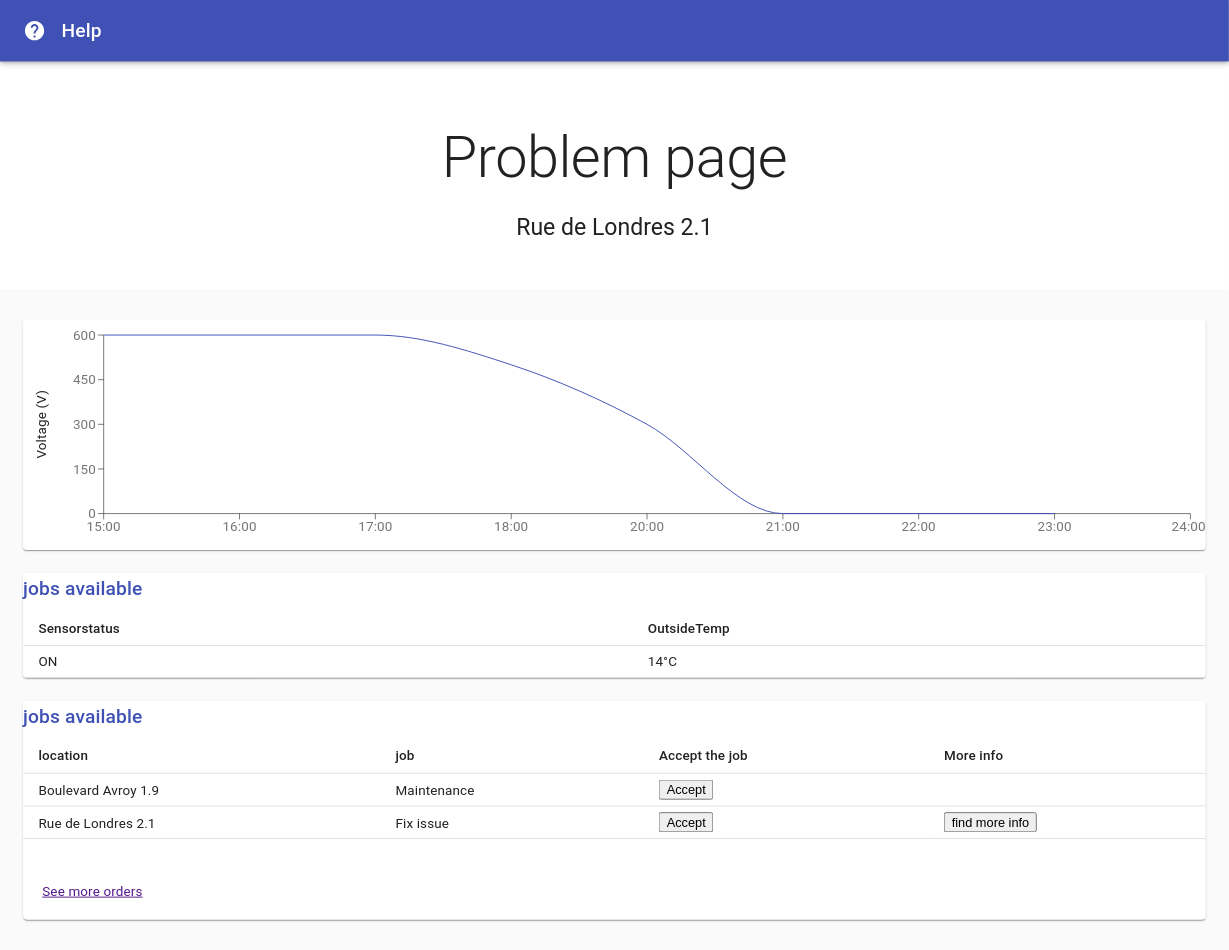
Repository: sapbrussels/intelligenthighway_webapp
Page: /Problempage (app in router/)
The author's editor kept a copy of each file at every save. The page is drawn from the files as they stood at one save, then again after the next save.
The browser window is 1280 px wide. The pictures show the whole page, at 96% of full size.
The project was rebuilt for these pictures with package versions that can differ from the ones it lists, and the page was loaded fresh each time. Also part of the build but not shown: router/src/App.css, router/src/Login.js, router/src/Maps.js, router/src/Jobspage.js, router/src/Direction.js, router/src/Maintenance.js, router/src/Help.js.

Above is the page before, as saved 2020-03-31 15:25:57.

### router/src/App.js
import React from 'react';
import {BrowserRouter, Route, Switch} from "react-router-dom";
import './App.css';
import Login from './Login';
import Jobspage from'./Jobspage';
import Maintenance from './Maintenance';
import Help from './Help';
import Problempage from './Problempage';

function App() {
  return (
    <BrowserRouter>
    <Switch>
     <Route path='/' exact component={Login}/>
     <Route path='/Jobspage' exact component={Jobspage}/>
     <Route path='/Maintenance' exact component={Maintenance}/>
     <Route path='/Help' exact component={Help}/>
     <Route path='/Problempage' exact component={Problempage}/>
     </Switch>
    </BrowserRouter>

  );
}

export default App;

### router/src/Problempage.js
import React from 'react';
import AppBar from '@material-ui/core/AppBar';
import HelpIcon from '@material-ui/icons/Help';
import Paper from '@material-ui/core/Paper';
import CssBaseline from '@material-ui/core/CssBaseline';
import Grid from '@material-ui/core/Grid';
import Toolbar from '@material-ui/core/Toolbar';
import Typography from '@material-ui/core/Typography';
import { makeStyles } from '@material-ui/core/styles';
import Container from '@material-ui/core/Container';
import SensorData from './SensorData';
import CommunityData from './CommunityData';
import Voltage from './Voltage';

const useStyles = makeStyles((theme) => ({
  icon: {
    marginRight: theme.spacing(2),
  },
  heroContent: {
    backgroundColor: theme.palette.background.paper,
    padding: theme.spacing(8, 0, 6),
  },
  heroButtons: {
    marginTop: theme.spacing(4),
  },
  cardGrid: {
    paddingTop: theme.spacing(8),
    paddingBottom: theme.spacing(8),
  },
  card: {
    height: '100%',
    display: 'flex',
    flexDirection: 'column',

  },
  cardMedia: {
    paddingTop: '100%', // 16:9
  },
  cardContent: {
    flexGrow: 1,
  },
  footer: {
    backgroundColor: theme.palette.background.paper,
    padding: theme.spacing(6),
  },
  container: {
    paddingTop: theme.spacing(4),
    paddingBottom: theme.spacing(4),
  },
  paper: {
    height: '100%',
    display: 'flex',
    flexDirection: 'column',

  },
  fixedheight:{
    height: 240,
  },
}));



export default function Album() {
  const classes = useStyles();

  return (
    <React.Fragment>
      <CssBaseline />
      <AppBar position="relative">
        <Toolbar>
          <HelpIcon className={classes.icon} />
          <Typography variant="h6" color="inherit" noWrap>
            Help
          </Typography>
        </Toolbar>
      </AppBar>
      <main>
        {/* Hero unit */}
        <div className={classes.heroContent}>
          <Container maxWidth="sm">
            <Typography component="h1" variant="h2" align="center" color="textPrimary" gutterBottom>
              Problem page
            </Typography>

              <Grid container spacing={2} justify="center">
                <Grid item>
                <Typography variant="h5">
                 Rue de Londres 2.1
                </Typography>
                </Grid>
              </Grid>

          </Container>
        </div>
        <main className={classes.content}>
        <div className={classes.appBarSpacer} />
        <Container maxWidth="lg" className={classes.container}> {/* lg */}
          <Grid container spacing={3}>
          <Grid  item xs={12} >
              <Paper className={classes.fixedheight}>
                <Voltage />
              </Paper>
            </Grid>
            <Grid  item xs={12} >
              <Paper className={classes.paper}>
                <SensorData />
              </Paper>
            </Grid>
            <Grid  item xs={12}>
              <Paper className={classes.paper}>
                <CommunityData />
              </Paper>
            </Grid>
          </Grid>
        </Container>
      </main>
    </main>
    </React.Fragment>
  );
}

### router/src/listItems.js
import React from 'react';
import ListItem from '@material-ui/core/ListItem';
import ListItemIcon from '@material-ui/core/ListItemIcon';
import ListItemText from '@material-ui/core/ListItemText';
import DashboardIcon from '@material-ui/icons/Dashboard';
import ShoppingCartIcon from '@material-ui/icons/ShoppingCart';
import PeopleIcon from '@material-ui/icons/People';
import { Link } from "react-router-dom";

export const mainListItems = (
  <div>
        <ListItem >
          <ListItemIcon>
            <DashboardIcon />
          </ListItemIcon>
          <ListItemText  primary="jobs page" />
        </ListItem>
      <Link to='/Maintenance'>
          <ListItem button>
          <ListItemIcon>
            <ShoppingCartIcon />
          </ListItemIcon>
          <ListItemText primary="History" />
        </ListItem></Link>
      <Link to='/Help'>
          <ListItem button>
          <ListItemIcon>
            <PeopleIcon />
          </ListItemIcon>
          <ListItemText primary="help" />
        </ListItem></Link>
  </div>
);

### router/src/LightStatus.js
import React from 'react';
import Link from '@material-ui/core/Link';
import { makeStyles } from '@material-ui/core/styles';
import Table from '@material-ui/core/Table';
import TableBody from '@material-ui/core/TableBody';
import TableCell from '@material-ui/core/TableCell';
import TableHead from '@material-ui/core/TableHead';
import TableRow from '@material-ui/core/TableRow';
import Rectangle from 'react-rectangle';
import Title from './Title';



// Generate Order Data
function createData(id, street_light, status,light) {
  return { street_light, status, light};
}

const rows = [
  createData(0, 'Boulevard Avroy 1.9', 'ON', <Rectangle aspectRatio={[3,3]}>
  <div style={{ background: '#008000',  width: '40%', height: '40%' }} />
</Rectangle>),
  createData(1, 'Rue de Londres 2.1', 'OFF',<Rectangle aspectRatio={[3,3]}>
  <div style={{ background: '#FFFFFF', width: '40%', height: '40%' }} />
</Rectangle>),
  createData(2, 'Rue de Londres 2.3', 'X',<Rectangle aspectRatio={[3,3]}>
  <div style={{ background: '#FF0000', width: '40%', height: '40%' }} />
</Rectangle>),
];

function preventDefault(event) {
  event.preventDefault();
}

const useStyles = makeStyles((theme) => ({
  seeMore: {
    marginTop: theme.spacing(3),
    padding: '20px',
    borderRadius:'10px',
  },
}));

export default function LightStatus() {
  const classes = useStyles();
  return (
    <React.Fragment>
      <Title>Light status</Title>
      <Table size="small">
        <TableHead>
          <TableRow>
            <TableCell>street light</TableCell>
            <TableCell>status</TableCell>
            <TableCell></TableCell>
          </TableRow>
        </TableHead>
        <TableBody>
          {rows.map((row) => (
            <TableRow key={row.id}>
              <TableCell>{row.street_light}</TableCell>
              <TableCell> {row.status}</TableCell>
              <TableCell> {row.light}</TableCell>
            </TableRow>
          ))}
        </TableBody>
      </Table>
      <div className={classes.seeMore}>
        <Link color="primary" href="#" onClick={preventDefault}>
          See more lights
        </Link>
      </div>
    </React.Fragment>
  );
}

### router/src/Jobslist.js
import React from 'react';
import {Link} from 'react-router-dom';
import { makeStyles } from '@material-ui/core/styles';
import Table from '@material-ui/core/Table';
import TableBody from '@material-ui/core/TableBody';
import TableCell from '@material-ui/core/TableCell';
import TableHead from '@material-ui/core/TableHead';
import TableRow from '@material-ui/core/TableRow';
import Title from './Title';

// Generate Order Data
function createData(id, location, job, accept, info) {
  return { id, location, job, accept, info };
}

const rows = [
    createData(0, 'Boulevard Avroy 1.9', 'Maintenance',<Link to="/Maintenance"><button>Accept</button></Link>),
    createData(1, 'Rue de Londres 2.1', 'Fix issue',<button>Accept</button>, <Link to="/Problempage"><button>find more info</button></Link>),
];

function preventDefault(event) {
  event.preventDefault();
}

const useStyles = makeStyles((theme) => ({
  seeMore: {
    marginTop: theme.spacing(3),
    padding: '20px',
    borderRadius:'10px',
  },
}));

    export default function Jobslist() {
    const classes = useStyles();
    return (
        <React.Fragment>
        <Title>jobs available</Title>
        <Table size="small">
            <TableHead>
            <TableRow>
                <TableCell>location</TableCell>
                <TableCell>job</TableCell>
                <TableCell>Accept the job</TableCell>
                <TableCell>More info</TableCell>
            </TableRow>
            </TableHead>
            <TableBody>
            {rows.map((row) => (
                <TableRow key={row.id}>
                <TableCell>{row.location}</TableCell>
                <TableCell>{row.job}</TableCell>
                <TableCell>{row.accept}</TableCell>
                <TableCell>{row.info}</TableCell>
                </TableRow>
            ))}
            </TableBody>
        </Table>
        <div className={classes.seeMore}>
            <Link color="primary" href="#" onClick={preventDefault}>
            See more orders
            </Link>
        </div>
        </React.Fragment>
    );
}

### router/src/Checklist.js
import React from 'react';
import Link from '@material-ui/core/Link';
import { makeStyles } from '@material-ui/core/styles';
import Table from '@material-ui/core/Table';
import TableBody from '@material-ui/core/TableBody';
import TableCell from '@material-ui/core/TableCell';
import TableHead from '@material-ui/core/TableHead';
import TableRow from '@material-ui/core/TableRow';
import Title from './Title';
import { Checkbox } from '@material-ui/core';

// Generate Order Data
function createData(id, check, tasks) {
  return { id, check, tasks };
}

const rows = [
  createData(0, <Checkbox></Checkbox>,'Turn all switches OFF & ON to stop dust build up'),
  createData(1, <Checkbox></Checkbox>,'turn all circuit-breakers OFF and reset'),
  createData(2, <Checkbox></Checkbox>,'Check for high resistance joints'),
  createData(3, <Checkbox></Checkbox>,'clean PE cell faces then cover to test functionnality'),
  createData(4, <Checkbox></Checkbox>,'check MEN and earthing'),
  createData(0, <Checkbox></Checkbox>,'Luminaire cleaning and inspection'),
  createData(1, <Checkbox></Checkbox>,'Inspect for any sign of vermin damage in the cabinet'),
  createData(2, <Checkbox></Checkbox>,'Remove grafitit on cabinet'),
  createData(3, <Checkbox></Checkbox>,'Trim all trees that interfere with solar-panels and light output of lulinaires'),
  createData(4, <Checkbox></Checkbox>,'Check all support structures for their integreties'),
  createData(3, <Checkbox></Checkbox>,'Installation, maintenance and replacement of post indentification label'),
  createData(4, <Checkbox></Checkbox>,'Installation, maintenace and replacement of supply point indentification labels'),
];


const useStyles = makeStyles((theme) => ({
  seeMore: {
    marginTop: theme.spacing(3),

  },
}));

export default function Orders() {
  const classes = useStyles();
  return (
    <React.Fragment>
      <Title>Maintenance checklist</Title>
      <Table size="small">
        <TableHead>
          <TableRow>
            <TableCell></TableCell>
            <TableCell>tasks</TableCell>

          </TableRow>
        </TableHead>
        <TableBody>
          {rows.map((row) => (
            <TableRow key={row.id}>
              <TableCell>{row.check}</TableCell>
              <TableCell>{row.tasks}</TableCell>
            </TableRow>
          ))}
        </TableBody>
      </Table>
      <div className={classes.seeMore}>
        <Link><button>Finished</button></Link>
      </div>
    </React.Fragment>
  );
}

### router/src/SensorData.js
import React from 'react';
import {Link} from 'react-router-dom';
import { makeStyles } from '@material-ui/core/styles';
import Table from '@material-ui/core/Table';
import TableBody from '@material-ui/core/TableBody';
import TableCell from '@material-ui/core/TableCell';
import TableHead from '@material-ui/core/TableHead';
import TableRow from '@material-ui/core/TableRow';
import Title from './Title';

// Generate Order Data
function createData(id,Sensorstatus, OutsideTemp) {
  return { id,Sensorstatus, OutsideTemp};
}

const rows = [
    createData(0, 'ON', '14°C')

];

function preventDefault(event) {
  event.preventDefault();
}

const useStyles = makeStyles((theme) => ({
  seeMore: {
    marginTop: theme.spacing(3),
    padding: '30px',
    borderRadius:'10px',
  },
}));

    export default function Jobslist() {
    const classes = useStyles();
    return (
        <React.Fragment>
        <Title>jobs available</Title>
        <Table size="small">
            <TableHead>
            <TableRow>
                <TableCell>Sensorstatus</TableCell>
                <TableCell>OutsideTemp</TableCell>

            </TableRow>
            </TableHead>
            <TableBody>
            {rows.map((row) => (
                <TableRow key={row.id}>
                <TableCell>{row.Sensorstatus}</TableCell>
                <TableCell>{row.OutsideTemp}</TableCell>
                </TableRow>
            ))}
            </TableBody>
        </Table>

        </React.Fragment>
    );
}

### router/src/CommunityData.js
import React from 'react';
import {Link} from 'react-router-dom';
import { makeStyles } from '@material-ui/core/styles';
import Table from '@material-ui/core/Table';
import TableBody from '@material-ui/core/TableBody';
import TableCell from '@material-ui/core/TableCell';
import TableHead from '@material-ui/core/TableHead';
import TableRow from '@material-ui/core/TableRow';
import Title from './Title';

// Generate Order Data
function createData(id, location, job, accept, info) {
  return { id, location, job, accept, info };
}

const rows = [
    createData(0, 'Boulevard Avroy 1.9', 'Maintenance',<Link to="/Maintenance"><button>Accept</button></Link>),
    createData(1, 'Rue de Londres 2.1', 'Fix issue',<button>Accept</button>, <Link to="/Problempage"><button>find more info</button></Link>),
];

function preventDefault(event) {
  event.preventDefault();
}

const useStyles = makeStyles((theme) => ({
  seeMore: {
    marginTop: theme.spacing(3),
    padding: '20px',
    borderRadius:'10px',
  },
}));

    export default function Jobslist() {
    const classes = useStyles();
    return (
        <React.Fragment>
        <Title>jobs available</Title>
        <Table size="small">
            <TableHead>
            <TableRow>
                <TableCell>location</TableCell>
                <TableCell>job</TableCell>
                <TableCell>Accept the job</TableCell>
                <TableCell>More info</TableCell>
            </TableRow>
            </TableHead>
            <TableBody>
            {rows.map((row) => (
                <TableRow key={row.id}>
                <TableCell>{row.location}</TableCell>
                <TableCell>{row.job}</TableCell>
                <TableCell>{row.accept}</TableCell>
                <TableCell>{row.info}</TableCell>
                </TableRow>
            ))}
            </TableBody>
        </Table>
        <div className={classes.seeMore}>
            <Link color="primary" href="#" onClick={preventDefault}>
            See more orders
            </Link>
        </div>
        </React.Fragment>
    );
}

### router/src/Voltage.js
import React from 'react';
import { useTheme } from '@material-ui/core/styles';
import { LineChart, Line, XAxis, YAxis, Label, ResponsiveContainer } from 'recharts';

// Generate Sales Data
function createData(time, amount) {
  return { time, amount };
}

const data = [
  createData('15:00', 600),
  createData('16:00', 600),
  createData('17:00', 600),
  createData('18:00', 500),
  createData('20:00', 300),
  createData('21:00', 0),
  createData('22:00', 0),
  createData('23:00', 0),
  createData('24:00', undefined),
];

export default function Chart() {
  const theme = useTheme();

  return (
    <React.Fragment>
      <ResponsiveContainer>
        <LineChart
          data={data}
          margin={{
            top: 16,
            right: 16,
            bottom: 8,
            left: 24,
          }}
        >
          <XAxis dataKey="time" stroke={theme.palette.text.secondary} />
          <YAxis stroke={theme.palette.text.secondary}>
            <Label
              angle={270}
              position="left"
              style={{ textAnchor: 'middle', fill: theme.palette.text.primary }}
            >
              Voltage (V)
            </Label>
          </YAxis>
          <Line type="monotone" dataKey="amount" stroke={theme.palette.primary.main} dot={false} />
        </LineChart>
      </ResponsiveContainer>
    </React.Fragment>
  );
}

Loaded but not shown: router/public/index.html (common file); router/src/index.js (common file); router/src/index.css (common file); router/src/serviceWorker.js (common file); router/src/Title.js (common file)

After the next save:
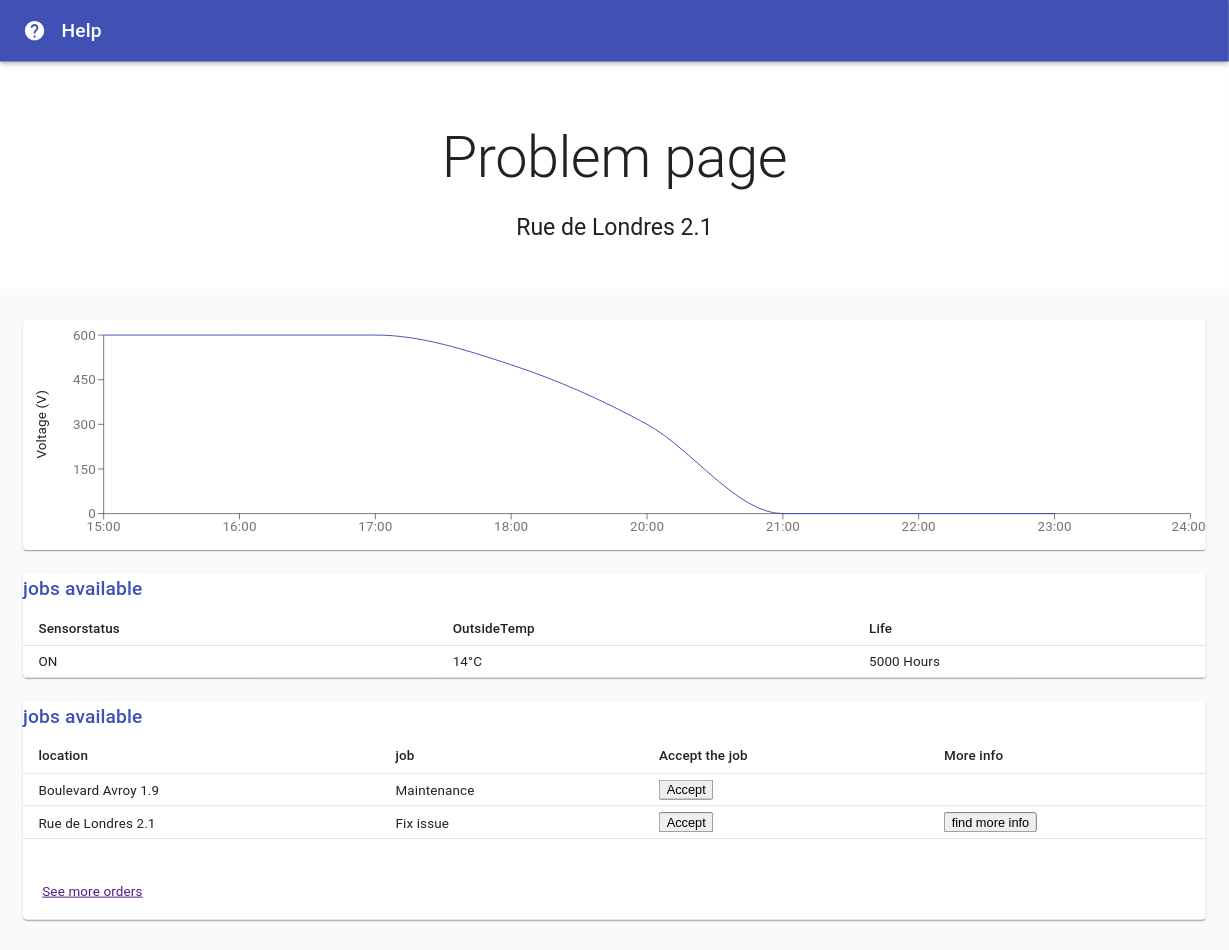
Saved 3 min 41 s later.
--- a/router/src/SensorData.js
+++ b/router/src/SensorData.js
@@ -9,12 +9,12 @@ import TableRow from '@material-ui/core/TableRow';
 import Title from './Title';
 
 // Generate Order Data
-function createData(id,Sensorstatus, OutsideTemp) {
-  return { id,Sensorstatus, OutsideTemp};
+function createData(id,Sensorstatus, OutsideTemp, Life) {
+  return { id,Sensorstatus, OutsideTemp, Life};
 }
 
 const rows = [
-    createData(0, 'ON', '14°C')
+    createData(0, 'ON', '14°C', '5000 Hours')
 
 ];
 
@@ -40,6 +40,7 @@ const useStyles = makeStyles((theme) => ({
             <TableRow>
                 <TableCell>Sensorstatus</TableCell>
                 <TableCell>OutsideTemp</TableCell>
+                <TableCell>Life</TableCell>
 
             </TableRow>
             </TableHead>
@@ -48,6 +49,7 @@ const useStyles = makeStyles((theme) => ({
                 <TableRow key={row.id}>
                 <TableCell>{row.Sensorstatus}</TableCell>
                 <TableCell>{row.OutsideTemp}</TableCell>
+                <TableCell>{row.Life}</TableCell>
                 </TableRow>
             ))}
             </TableBody>
